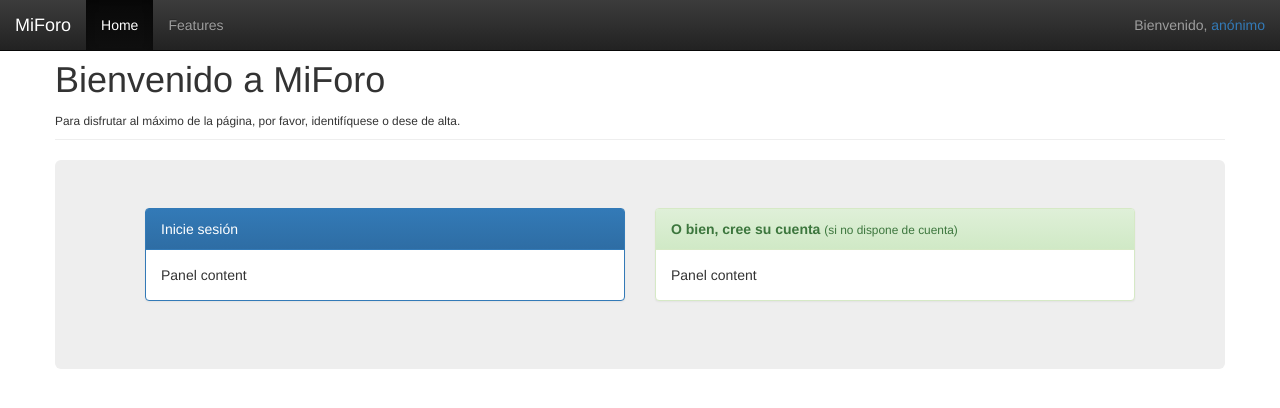
Repository: Myugen/EjercicioPHP
Page: http://localhost/
An editor plug-in stored every save of this project. The page is shown before and after the next save, followed by the edit.
The browser window is 1280 px wide. The pictures show the whole page.
Some web libraries are served in a nearby version. The page is run by PHP 8.4 with error messages shown; the project is at /var/www/html/.

Above is the page before, as saved 2015-11-27 19:34:03.
Not found: ProyectoFinalForo/jsfile

### ProyectoFinalForo/index.php
<?php
session_start();
?>
<!DOCTYPE html>
<html lang="es-ES">
<head>
    <meta charset="UTF-8">
    <!-- JQuery -->
    <script src="https://ajax.googleapis.com/ajax/libs/jquery/1.11.3/jquery.min.js"></script>

    <!-- Latest compiled and minified CSS -->
    <link rel="stylesheet" href="https://maxcdn.bootstrapcdn.com/bootstrap/3.3.6/css/bootstrap.min.css">

    <!-- Optional theme -->
    <link rel="stylesheet" href="https://maxcdn.bootstrapcdn.com/bootstrap/3.3.6/css/bootstrap-theme.min.css">

    <!-- Latest compiled and minified JavaScript -->
    <script src="https://maxcdn.bootstrapcdn.com/bootstrap/3.3.6/js/bootstrap.min.js"></script>
    <script type="text/javascript" src="jsfile"></script>
    <title>Inicio</title>
</head>
<body>
    <div class="container">
    	<div class="row">
    	<nav class="navbar navbar-fixed-top navbar-inverse">
    		<a class="navbar-brand" href="#">MiForo</a>
  			<ul class="nav navbar-nav navbar-left">
	    		<li class="nav-item active">
	      			<a class="nav-link" href="#">Home<span class="sr-only">(current)</span></a>
	    		</li>
	    		<li class="nav-item">
	      			<a class="nav-link" href="#">Features</a>
	    		</li>
    		</ul>
    		<ul class="nav navbar-nav navbar-right">
    			<li class="nav-item" style="padding-right: 15px">
    				<p class="navbar-text">Bienvenido, <a class="nav-link">anónimo</a></p>
    			</li>
    		</ul>
    	</nav>
    	</div>
    	<div class="row" style="padding-top: 20px">
    		<div class="page-header">
    			<h1>Bienvenido a MiForo</h1>
    			<small>Para disfrutar al máximo de la página, por favor, identifíquese o dese de alta.</small>
    		</div>
    	</div>
    	<div class="row">
	    	<div class="jumbotron">
	    	<div class="container">
	    	<div class="col-md-6">
	    		<div class="panel panel-primary">
  					<div class="panel-heading">Inicie sesión</div>
  					<div class="panel-body">
    					Panel content
  					</div>
				</div>
	    	</div>
	    	<div class="col-md-6">
		    	<div class="panel panel-success">
	  				<div class="panel-heading"><b>O bien, cree su cuenta</b> <small>(si no dispone de cuenta)</small></div>
	  				<div class="panel-body">
	    				Panel content
	  				</div>
				</div>
	    	</div>
	    	</div>
	    	</div>
    	</div>
    </div>
</body>
</html>

After the next save:
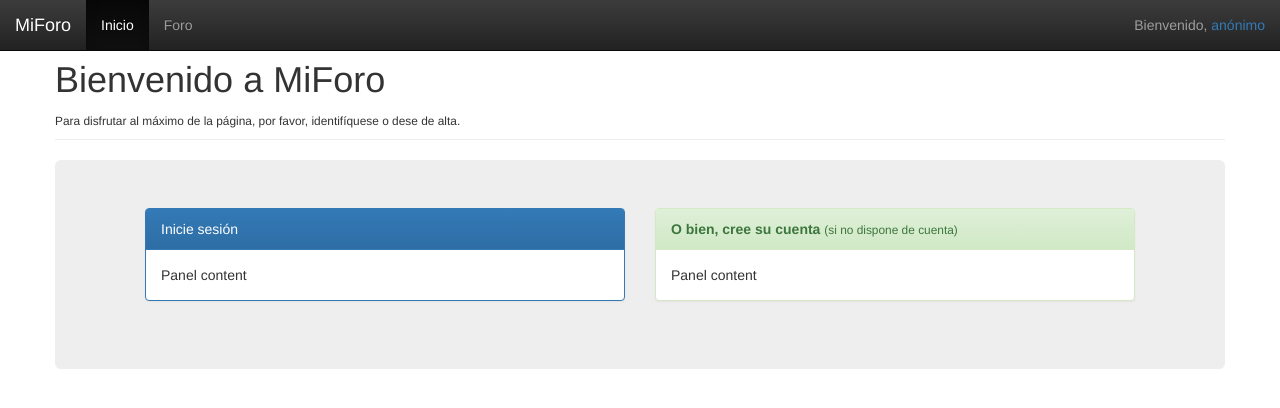
Saved 94 s later.
--- a/ProyectoFinalForo/index.php
+++ b/ProyectoFinalForo/index.php
@@ -26,10 +26,10 @@ session_start();
     		<a class="navbar-brand" href="#">MiForo</a>
   			<ul class="nav navbar-nav navbar-left">
 	    		<li class="nav-item active">
-	      			<a class="nav-link" href="#">Home<span class="sr-only">(current)</span></a>
+	      			<a class="nav-link" href="#">Inicio<span class="sr-only">(current)</span></a>
 	    		</li>
 	    		<li class="nav-item">
-	      			<a class="nav-link" href="#">Features</a>
+	      			<a class="nav-link" href="#">Foro</a>
 	    		</li>
     		</ul>
     		<ul class="nav navbar-nav navbar-right">
